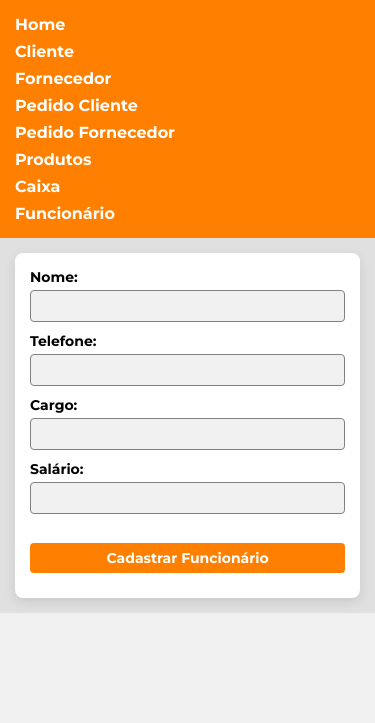
Repository: walterdmp/JavaWeb_BartoBotinas
Page: http://localhost/BartoBotinas/cadastrarFuncionario.jsp
An editor plug-in stored every save of this project. The page is shown before and after the next save, followed by the edit.
The browser window is 375 px wide. The pictures show the whole page.
The page is served by Tomcat 9.

Above is the page before, as saved 2024-07-31 19:57:51.

After the next save:
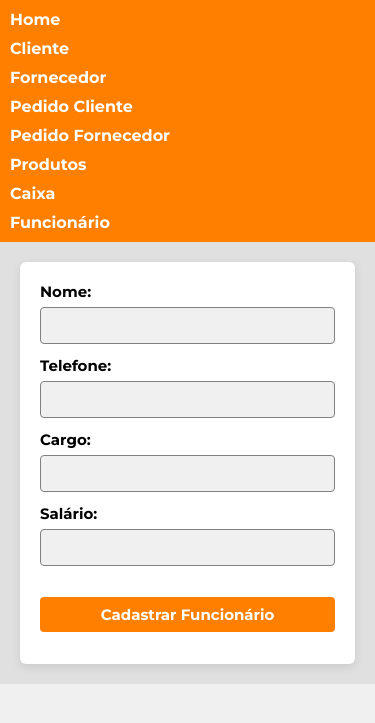
Saved 12 min 24 s later.
--- a/BartoBotinas/WebContent/css/estilo.css
+++ b/BartoBotinas/WebContent/css/estilo.css
@@ -1,8 +1,6 @@
 @charset "ISO-8859-1";
 
-@import
-	url('https://fonts.googleapis.com/css2?family=Montserrat:ital,wght@0,100;0,200;0,300;0,400;0,500;0,600;0,700;0,800;0,900;1,100;1,200;1,300;1,400;1,500;1,600;1,700;1,800&display=swap')
-	;
+@import url('https://fonts.googleapis.com/css2?family=Montserrat:ital,wght@0,100;0,200;0,300;0,400;0,500;0,600;0,700;0,800;0,900;1,100;1,200;1,300;1,400;1,500;1,600;1,700;1,800&display=swap');
 
 * {
 	margin: 0;
@@ -26,9 +24,9 @@ body {
 .bartoNav ul {
 	display: flex;
 	flex-direction: row;
-	gap: 20px; /* Diminuiu o espaço entre itens */
+	gap: 15px; /* Ajustado para reduzir o espaço entre itens */
 	justify-content: center;
-	padding: 15px; /* Diminuiu o padding */
+	padding: 10px; /* Ajustado para reduzir o padding */
 	color: white;
 	font-weight: bold;
 }
@@ -50,52 +48,47 @@ body {
 	background-color: #e0e0e0;
 	width: 100%;
 	height: auto; /* Ajuste para a altura do conteúdo */
-	padding: 15px; /* Diminuiu o padding */
+	padding: 20px; /* Ajustado para aumentar o padding */
 }
 
-.empresaInfo, .bartoForm, .itensPedidoForm, .fornecedorForm,
-	.produtoForm {
+.empresaInfo, .bartoForm, .itensPedidoForm, .fornecedorForm, .produtoForm {
 	display: flex;
 	flex-direction: column;
-	padding: 20px; /* Diminuiu o padding */
+	padding: 15px; /* Ajustado para reduzir o padding */
 	width: 100%;
 	max-width: 500px; /* Ajustado para tamanho menor */
 	background-color: white;
-	border-radius: 8px; /* Diminuiu o border-radius */
-	box-shadow: 0 4px 12px rgba(0, 0, 0, 0.1); /* Diminuiu o box-shadow */
+	border-radius: 6px; /* Ajustado para border-radius menor */
+	box-shadow: 0 3px 10px rgba(0, 0, 0, 0.1); /* Ajustado para box-shadow menor */
 }
 
-.bartoForm input, .itensPedidoForm input, .fornecedorForm input,
-	.produtoForm input, .empresaInfo input {
-	border-radius: 4px; /* Diminuiu o border-radius */
+.bartoForm input, .itensPedidoForm input, .fornecedorForm input, .produtoForm input, .empresaInfo input {
+	border-radius: 4px;
 	border: 1px solid gray;
 	width: 100%;
-	padding: 6px; /* Diminuiu o padding */
+	padding: 8px; /* Ajustado para aumentar o padding */
 	background-color: #f0f0f0;
-	font-size: 14px; /* Diminuiu o tamanho da fonte */
+	font-size: 15px; /* Ajustado para tamanho de fonte ligeiramente maior */
 	transition: background-color 0.3s ease, border-color 0.3s ease;
 }
 
-.bartoForm input:focus, .itensPedidoForm input:focus, .fornecedorForm input:focus,
-	.produtoForm input:focus {
+.bartoForm input:focus, .itensPedidoForm input:focus, .fornecedorForm input:focus, .produtoForm input:focus {
 	background-color: #fff;
 	border-color: #ff8000;
 	outline: none;
 }
 
-.bartoForm div, .itensPedidoForm div, .fornecedorForm div, .produtoForm div
-	{
+.bartoForm div, .itensPedidoForm div, .fornecedorForm div, .produtoForm div {
 	display: flex;
 	flex-direction: column;
 	width: 100%;
-	margin-bottom: 10px; /* Diminuiu o margin-bottom */
+	margin-bottom: 12px; /* Ajustado para aumentar o margin-bottom */
 }
 
-.bartoForm label, .itensPedidoForm label, .fornecedorForm label,
-	.produtoForm label {
-	margin-bottom: 4px; /* Diminuiu o margin-bottom */
+.bartoForm label, .itensPedidoForm label, .fornecedorForm label, .produtoForm label {
+	margin-bottom: 6px; /* Ajustado para aumentar o margin-bottom */
 	font-weight: 600;
-	font-size: 14px; /* Diminuiu o tamanho da fonte */
+	font-size: 15px; /* Ajustado para tamanho de fonte ligeiramente maior */
 }
 
 #bartoButton {
@@ -103,11 +96,11 @@ body {
 	border: none;
 	color: white;
 	font-weight: bold;
-	padding: 6px 12px; /* Diminuiu o padding */
-	border-radius: 4px; /* Diminuiu o border-radius */
+	padding: 8px 16px; /* Ajustado para aumentar o padding */
+	border-radius: 4px;
 	cursor: pointer;
 	transition: background-color 0.3s ease;
-	font-size: 14px; /* Diminuiu o tamanho da fonte */
+	font-size: 15px; /* Ajustado para tamanho de fonte ligeiramente maior */
 }
 
 #bartoButton:hover {
@@ -115,16 +108,15 @@ body {
 }
 
 /* Estilos para a Página da Empresa */
-.empresaInfo h1, .itensPedidoForm h1, .fornecedorForm h1, .produtoForm h1
-	{
-	margin-bottom: 10px; /* Diminuiu o margin-bottom */
-	font-size: 20px; /* Diminuiu o tamanho da fonte */
+.empresaInfo h1, .itensPedidoForm h1, .fornecedorForm h1, .produtoForm h1 {
+	margin-bottom: 12px; /* Ajustado para aumentar o margin-bottom */
+	font-size: 22px; /* Ajustado para tamanho de fonte maior */
 	color: #333;
 }
 
 .empresaInfo p {
-	margin-bottom: 6px; /* Diminuiu o margin-bottom */
-	font-size: 14px; /* Diminuiu o tamanho da fonte */
+	margin-bottom: 8px; /* Ajustado para aumentar o margin-bottom */
+	font-size: 15px; /* Ajustado para tamanho de fonte ligeiramente maior */
 	color: #666;
 }
 
@@ -133,18 +125,16 @@ body {
 }
 
 /* Estilos de Mídia Responsiva */
-@media ( max-width : 600px) {
+@media (max-width: 600px) {
 	.bartoNav ul {
 		flex-direction: column;
-		gap: 8px; /* Diminuiu o espaço entre itens */
+		gap: 10px; /* Ajustado para reduzir o espaço entre itens */
 	}
-	.bartoForm, .empresaInfo, .itensPedidoForm, .fornecedorForm,
-		.produtoForm {
-		padding: 15px; /* Diminuiu o padding */
+	.bartoForm, .empresaInfo, .itensPedidoForm, .fornecedorForm, .produtoForm {
+		padding: 20px; /* Ajustado para aumentar o padding */
 		width: 100%;
 	}
-	.bartoForm input, .itensPedidoForm input, .fornecedorForm input,
-		.produtoForm input {
+	.bartoForm input, .itensPedidoForm input, .fornecedorForm input, .produtoForm input {
 		width: 100%;
 	}
 }
